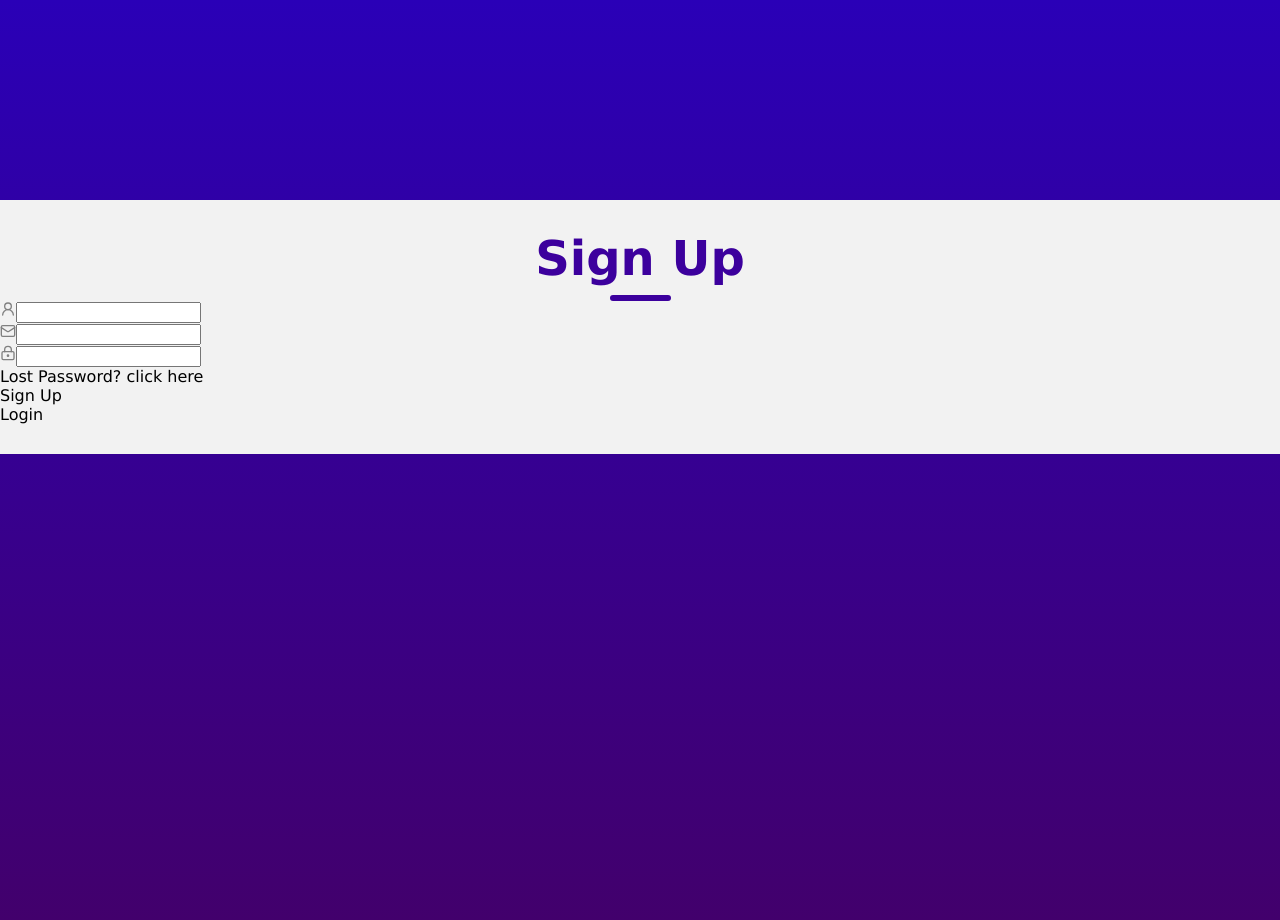
Repository: guilhermecardoso93/login-page
Page: /
These files come from the project's save history. The page is drawn as it stood at one moment and after the next save; the edit follows.
The browser window is 1280 px wide. The pictures show the whole page.
The project was rebuilt for these pictures with package versions that can differ from the ones it lists, and the page was loaded fresh each time. Also part of the build but not shown: vite.config.js.

Above is the page before, as saved 2024-10-22 19:21:45.

### index.html
<!doctype html>
<html lang="en">
  <head>
    <meta charset="UTF-8" />
    <link rel="icon" type="image/svg+xml" href="" />
    <meta name="viewport" content="width=device-width, initial-scale=1.0" />
    <title>Login | SignUp</title>
  </head>
  <body>
    <div id="root"></div>
    <script type="module" src="/src/main.jsx"></script>
  </body>
</html>

### src/App.jsx
import { Login } from "./components/Login/Login";

export default function App() {
  return (
    <>
      <Login />
    </>
  );
}

### src/index.css
body {
  margin: 0;
  font-family: 'Lucida Sans', 'Lucida Sans Regular', 'Lucida Grande', 'Lucida Sans Unicode', Geneva, Verdana, sans-serif;
  -webkit-font-smoothing: antialiased;
  -moz-osx-font-smoothing: grayscale;
  height: 100vh;
  background: linear-gradient(#2A00B7, #42006c);
}

code {
  font-family: source-code-pro, Menlo, Monaco, Consolas, "Courier New", monospace;
}

### src/components/Login/Login.jsx
import { UserRound, Mail, LockKeyhole } from "lucide-react";
import "./Login.css";

export const Login = () => {
  return (
    <div className="container">
      <header>
        <span>Sign Up</span>
        <div className="underline"></div>
      </header>{" "}
      <div className="inputs">
        <div className="input">
          <UserRound color="gray" size={16} />
          <input type="text" />
        </div>

        <div className="input">
          <Mail color="gray" size={16} />
          <input type="email" />
        </div>

        <div className="input">
          <LockKeyhole color="gray" size={16} />
          <input type="password" />
        </div>
      </div>
      <div className="forgot-password">
        Lost Password? <span>click here</span>
      </div>
      <div className="submit-container">
        <div className="submit">Sign Up</div>
        <div className="login">Login</div>
      </div>
    </div>
  );
};

### src/components/Login/Login.css
.container {
  display: flex;
  flex-direction: column;
  margin: auto;
  margin-top: 200px;
  padding-bottom: 30px;
  background: #f2f2f2;
}

header {
  display: flex;
  flex-direction: column;
  align-items: center;
  gap: 9px;
  width: 100%;
  margin-top: 30px;
}

header span {
  color: #3c009d;
  font-size: 48px;
  font-weight: 700;
}

.underline {
  width: 61px;
  height: 6px;
  background-color: #3c009d;
  border-radius: 9px;
}

Loaded but not shown: src/main.jsx (common file)

After the next save:
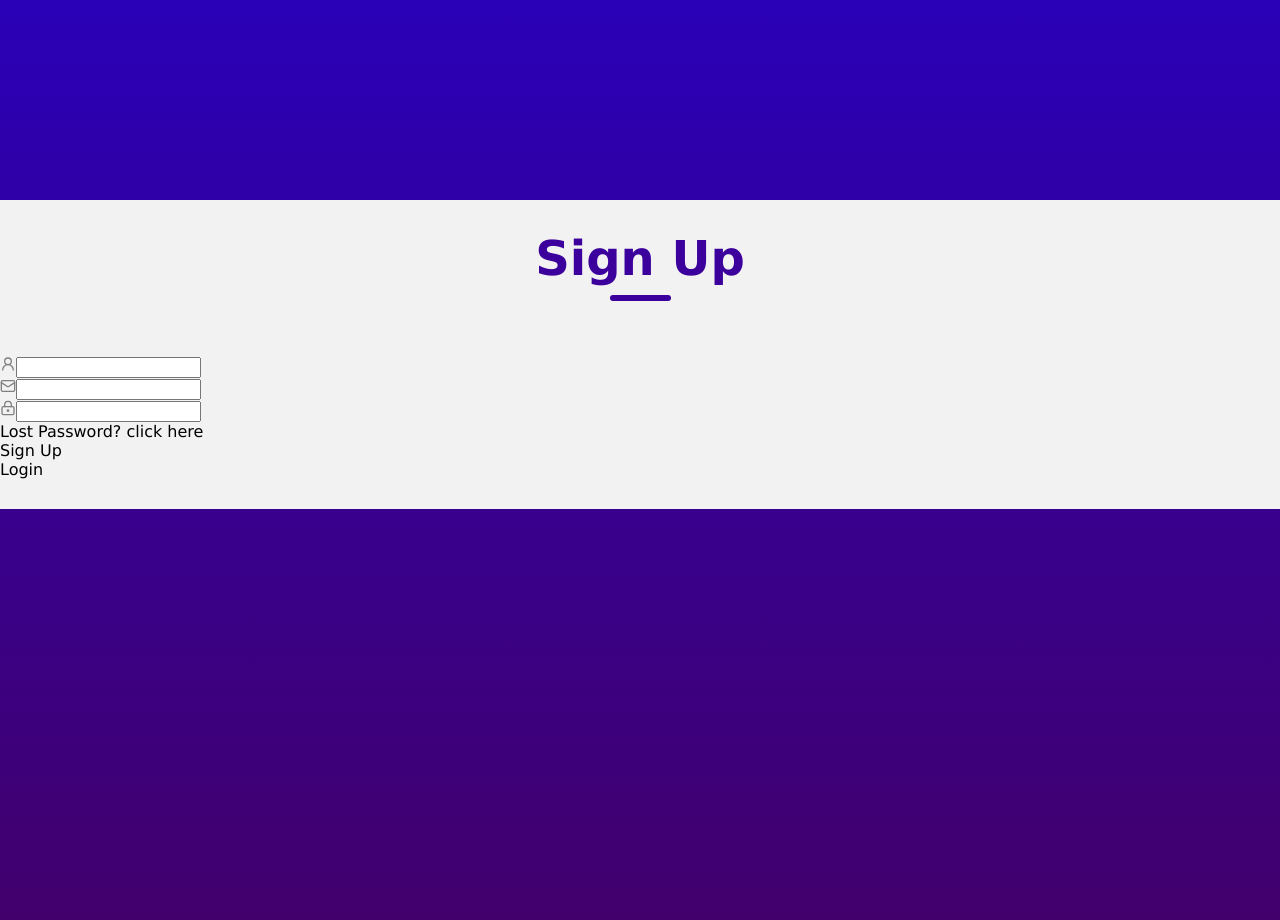
Saved 35 s later.
--- a/src/components/Login/Login.css
+++ b/src/components/Login/Login.css
@@ -28,3 +28,7 @@ header span {
   background-color: #3c009d;
   border-radius: 9px;
 }
+
+.inputs {
+  margin-top: 55px;
+}
